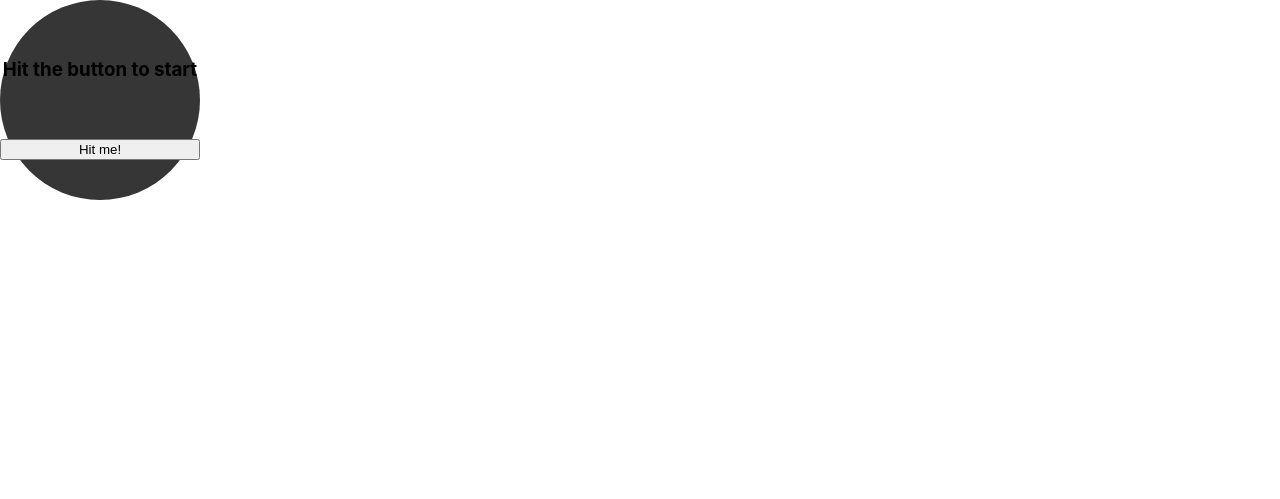
Repository: litalsh/Usless-Counter
Page: /
An editor plug-in stored every save of this project. The page is shown before and after the next save, followed by the edit.
The browser window is 1280 px wide. The pictures show the whole page.
The project was rebuilt for these pictures with package versions that can differ from the ones it lists, and the page was loaded fresh each time.

Above is the page before, as saved 2021-02-22 12:18:24.

After the next save:
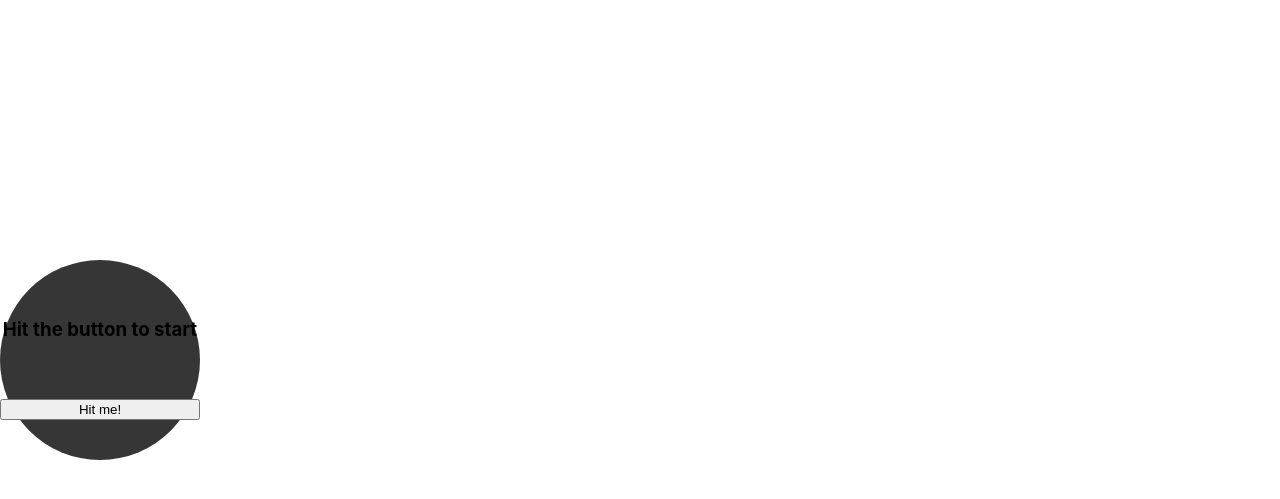
Saved 5 min 43 s later.
--- a/src/App.css
+++ b/src/App.css
@@ -1,3 +1,11 @@
+body{
+  display: flex;
+  width: 100vw;
+  height: 100vh;
+  justify-content: center;
+  flex-direction: column;
+}
+
 .App {
   display: flex;
   flex-direction: column;
@@ -7,4 +15,5 @@
   height: 200px;
   border-radius: 50%;
   background: #363636;
+  align-self: center;
 }
